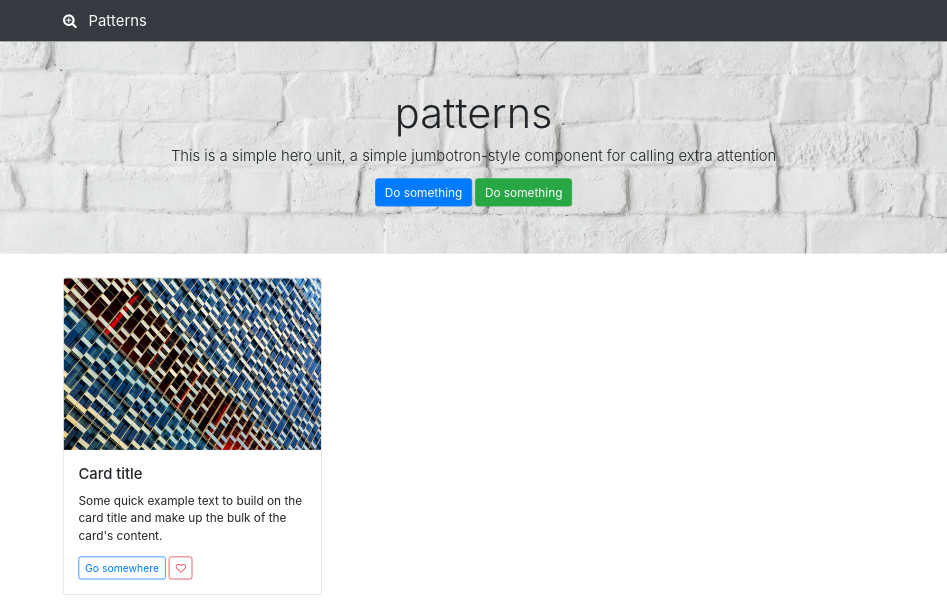
Repository: Mietlicha/patterns
Page: index.html
The author's editor kept a copy of each file at every save. The page is drawn from the files as they stood at one save, then again after the next save.
The browser window is 1280 px wide. The pictures show the whole page, at 74% of full size.

Above is the page before, as saved 2019-10-24 11:57:15.

### index.html
<!DOCTYPE html>
<html lang="en">

<head>
    <meta charset="UTF-8">
    <meta name="viewport" content="width=device-width, initial-scale=1.0">
    <meta http-equiv="X-UA-Compatible" content="ie=edge">
    <title>Document</title>
    <link rel="stylesheet" href="style.css">
    <link rel="stylesheet" href="https://stackpath.bootstrapcdn.com/bootstrap/4.3.1/css/bootstrap.min.css"
        integrity="sha384-ggOyR0iXCbMQv3Xipma34MD+dH/1fQ784/j6cY/iJTQUOhcWr7x9JvoRxT2MZw1T" crossorigin="anonymous">
    <link rel="stylesheet" href="https://cdnjs.cloudflare.com/ajax/libs/font-awesome/4.7.0/css/font-awesome.min.css">

</head>

<body>
    <nav class="navbar navbar-dark bg-dark">
        <div class="container"><a class="navbar-brand" href="#"><i class="fa fa-search-plus mr-3"
                    aria-hidden="true"></i>Patterns</a></div>
    </nav>
    <article>
        <section id="header" class="jumbotron">
            <div class="container text-center">
                <h1 class="display-4">patterns</h1>
                <p class="lead">This is a simple hero unit, a simple jumbotron-style component for calling extra
                    attention</p>
                <a href="#" class="btn btn-primary">Do something</a>
                <a href="#" class="btn btn-success">Do something</a>
            </div>
        </section>

        <section id="gallery" class="container">
            <div class="row">
                <div class="col-md-4">
                    <div class="card mb-4">

                        <img src=" imgs/pattern1.jpeg" class="card-img-top" alt="pattern one">
                        <div class="card-body">
                            <h5 class="card-title">Card title</h5>
                            <p class="card-text">Some quick example text to build on the card title and make up the bulk of the card's content.</p>
                            <a href="#" class="btn btn-outline-primary btn-sm">Go somewhere</a>
                            <a href="#" class="btn btn-outline-danger btn-sm"><i class="fa fa-heart-o" aria-hidden="true"></i></a>
                        </div>
                    </div>
                </div>
            </div>
        </section>
    </article>


    <script src="https://code.jquery.com/jquery-3.3.1.slim.min.js"
        integrity="sha384-q8i/X+965DzO0rT7abK41JStQIAqVgRVzpbzo5smXKp4YfRvH+8abtTE1Pi6jizo"
        crossorigin="anonymous"></script>
    <script src="https://cdnjs.cloudflare.com/ajax/libs/popper.js/1.14.7/umd/popper.min.js"
        integrity="sha384-UO2eT0CpHqdSJQ6hJty5KVphtPhzWj9WO1clHTMGa3JDZwrnQq4sF86dIHNDz0W1"
        crossorigin="anonymous"></script>
    <script src="https://stackpath.bootstrapcdn.com/bootstrap/4.3.1/js/bootstrap.min.js"
        integrity="sha384-JjSmVgyd0p3pXB1rRibZUAYoIIy6OrQ6VrjIEaFf/nJGzIxFDsf4x0xIM+B07jRM"
        crossorigin="anonymous"></script>
</body>

</html>

### style.css
#header{
    background: url(imgs/header.jpeg) center / cover no-repeat;
}

After the next save:
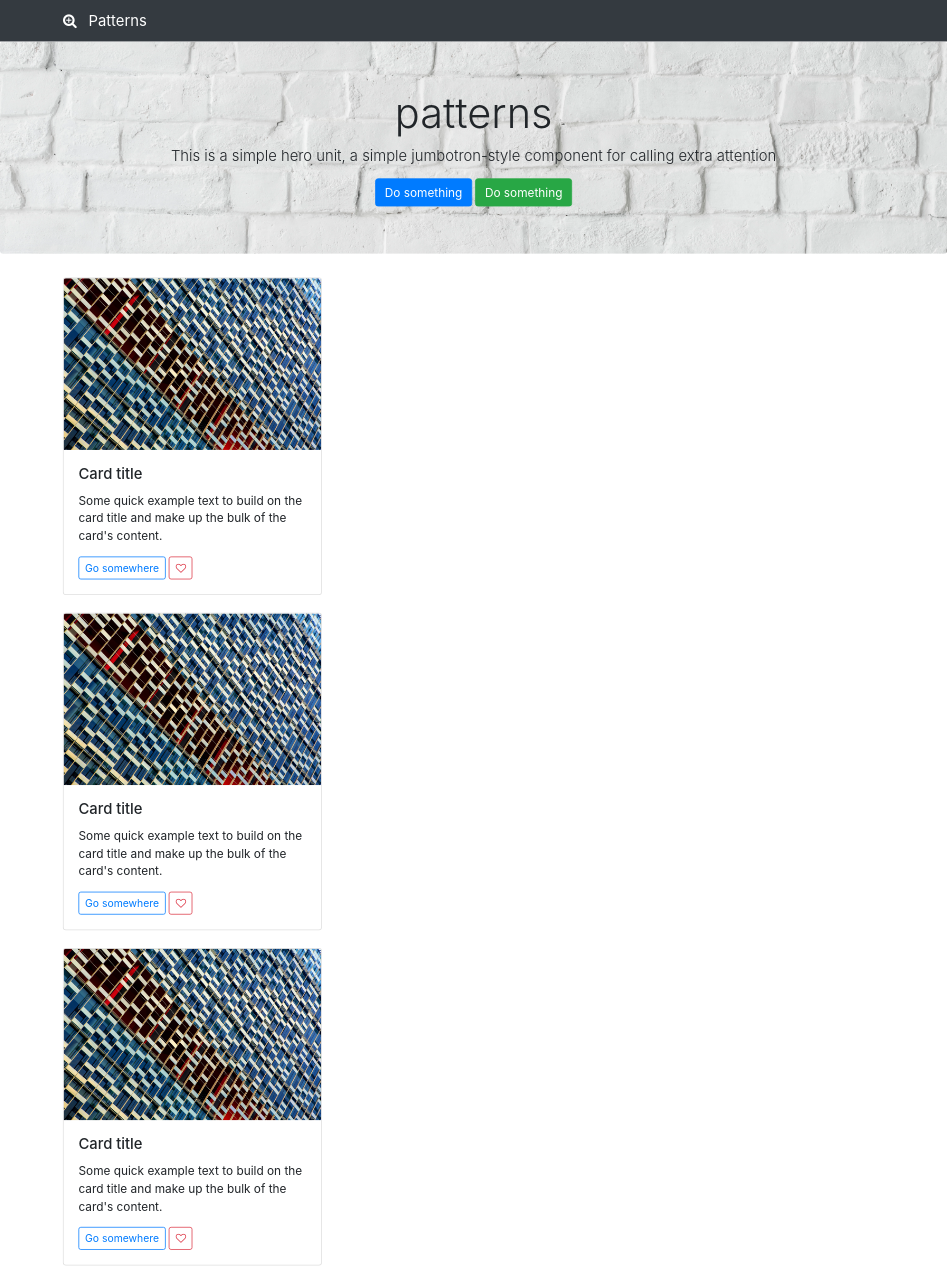
Saved 35 s later.
--- a/index.html
+++ b/index.html
@@ -33,7 +33,6 @@
             <div class="row">
                 <div class="col-md-4">
                     <div class="card mb-4">
-
                         <img src=" imgs/pattern1.jpeg" class="card-img-top" alt="pattern one">
                         <div class="card-body">
                             <h5 class="card-title">Card title</h5>
@@ -42,6 +41,24 @@
                             <a href="#" class="btn btn-outline-danger btn-sm"><i class="fa fa-heart-o" aria-hidden="true"></i></a>
                         </div>
                     </div>
+                    <div class="card mb-4">
+                            <img src=" imgs/pattern1.jpeg" class="card-img-top" alt="pattern one">
+                            <div class="card-body">
+                                <h5 class="card-title">Card title</h5>
+                                <p class="card-text">Some quick example text to build on the card title and make up the bulk of the card's content.</p>
+                                <a href="#" class="btn btn-outline-primary btn-sm">Go somewhere</a>
+                                <a href="#" class="btn btn-outline-danger btn-sm"><i class="fa fa-heart-o" aria-hidden="true"></i></a>
+                            </div>
+                        </div>
+                        <div class="card mb-4">
+                                <img src=" imgs/pattern1.jpeg" class="card-img-top" alt="pattern one">
+                                <div class="card-body">
+                                    <h5 class="card-title">Card title</h5>
+                                    <p class="card-text">Some quick example text to build on the card title and make up the bulk of the card's content.</p>
+                                    <a href="#" class="btn btn-outline-primary btn-sm">Go somewhere</a>
+                                    <a href="#" class="btn btn-outline-danger btn-sm"><i class="fa fa-heart-o" aria-hidden="true"></i></a>
+                                </div>
+                            </div>
                 </div>
             </div>
         </section>
